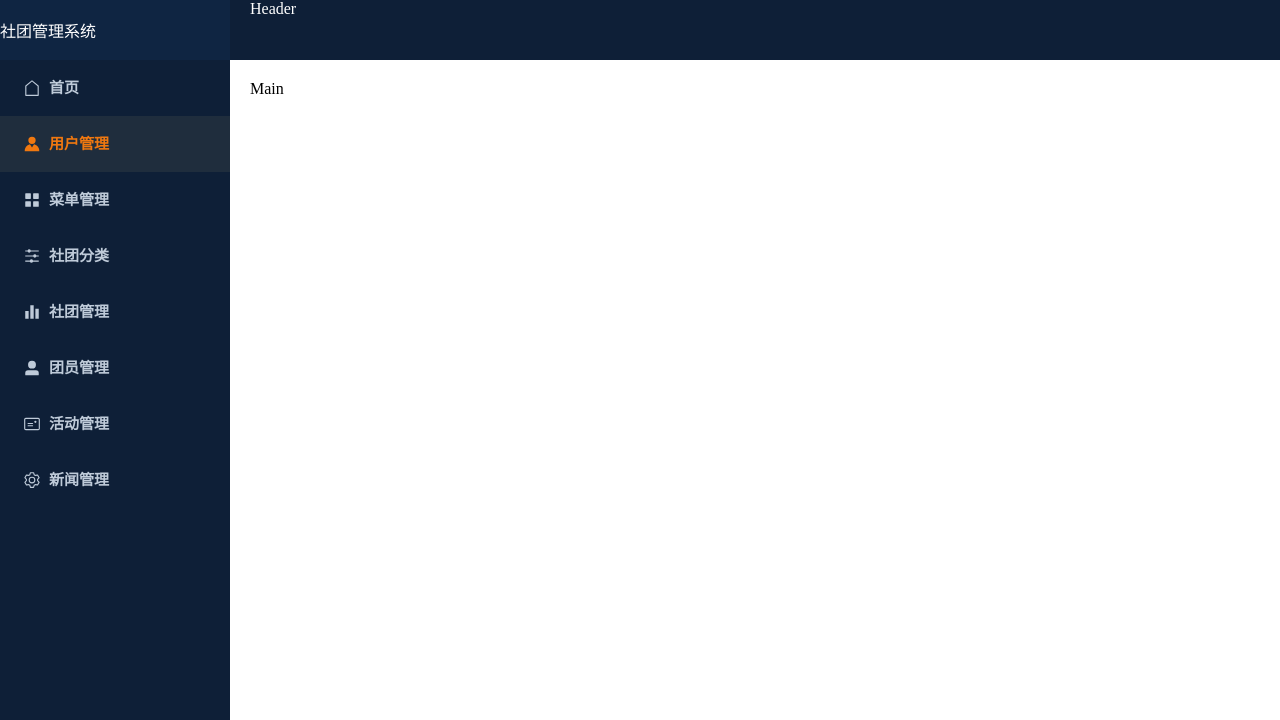
Repository: SanaatanX/Web-Engineering
Page: /home (app in 后台管理系统/team-admin/)
The author's editor kept a copy of each file at every save. The page is drawn from the files as they stood at one save, then again after the next save.
The browser window is 1280 px wide. The pictures show the whole page.
The project was rebuilt for these pictures with package versions that can differ from the ones it lists, and the page was loaded fresh each time. Also part of the build but not shown: 后台管理系统/team-admin/vite.config.ts.

Above is the page before, as saved 2025-05-14 20:57:30.

After the next save:
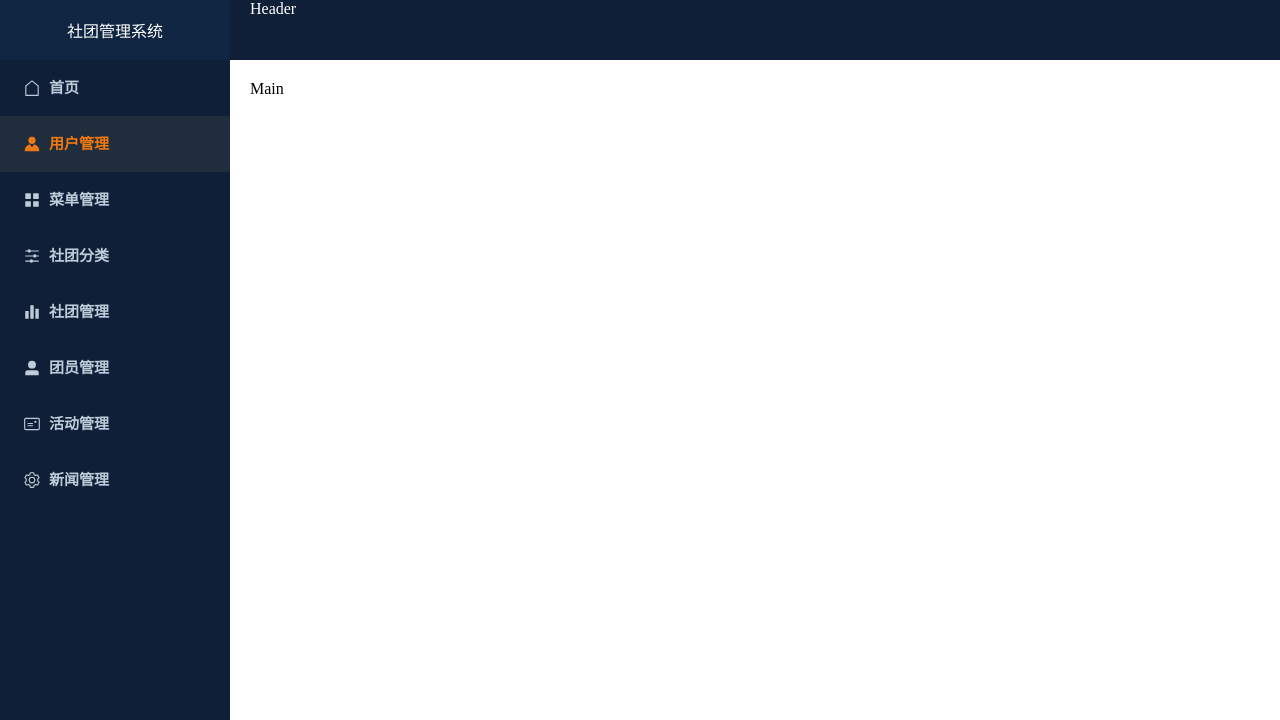
Saved 45 s later.
--- a/后台管理系统/team-admin/src/layout/MenuLogo.vue
+++ b/后台管理系统/team-admin/src/layout/MenuLogo.vue
@@ -1,6 +1,8 @@
 <template>
     <div class="mylogo">
-        社团管理系统
+        <div style="margin: 0 auto; text-align: center; width: 100%;">
+            社团管理系统
+        </div>
     </div>
 </template>
 
